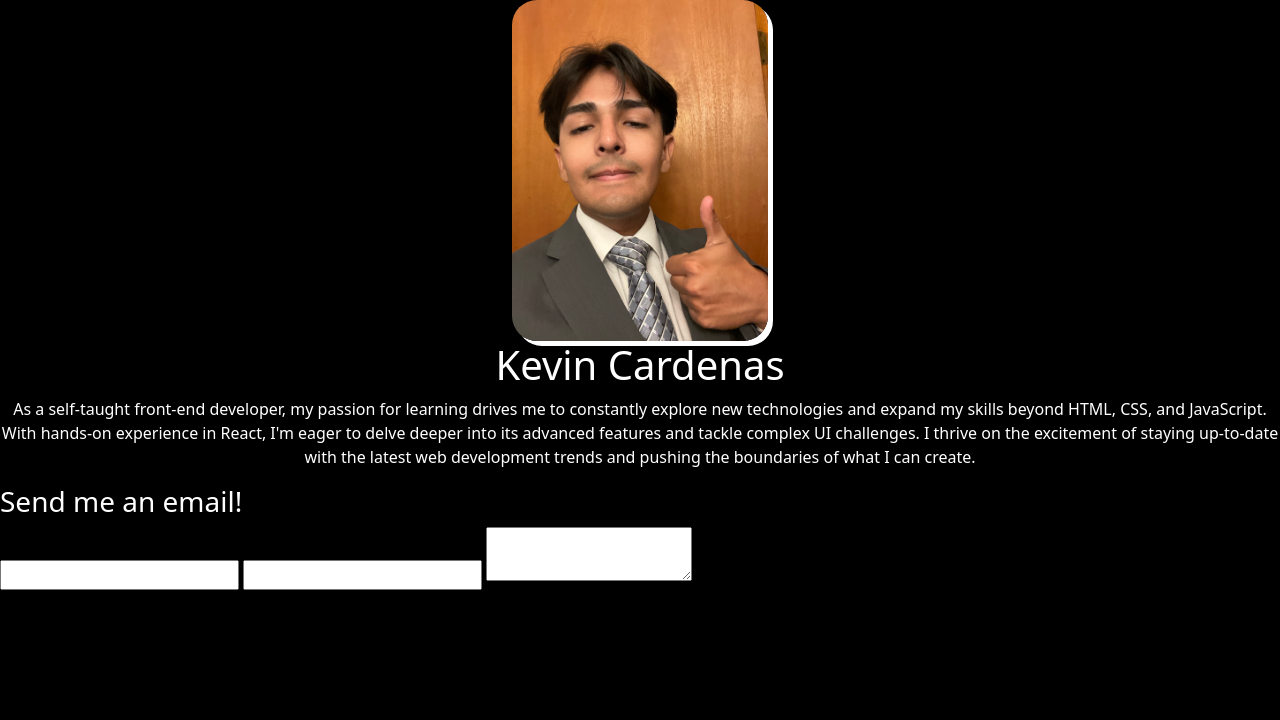
Repository: elqueben/elqueben.github.io
Page: public/index.html
An editor plug-in stored every save of this project. The page is shown before and after the next save, followed by the edit.
The browser window is 1280 px wide. The pictures show the whole page.

Above is the page before, as saved 2023-06-20 11:56:21.

After the next save:
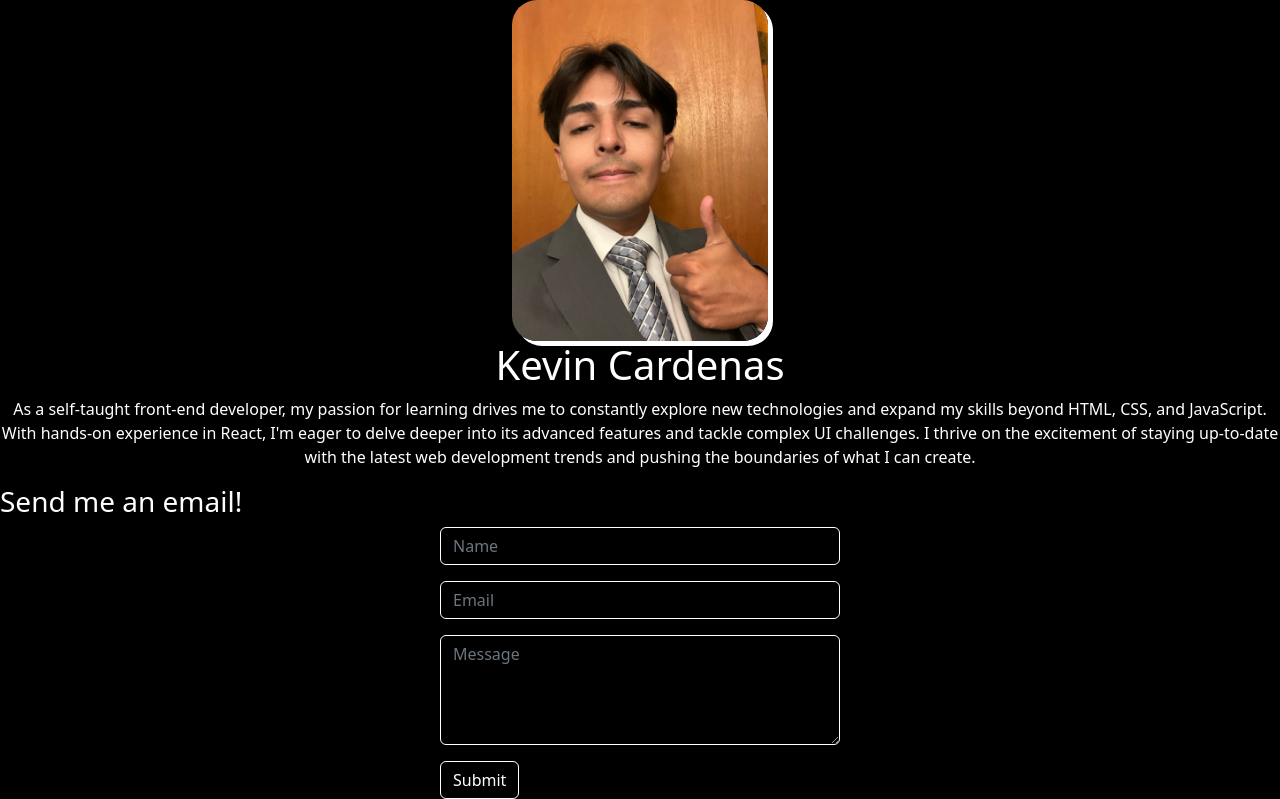
Saved 19 s later.
--- a/public/index.html
+++ b/public/index.html
@@ -16,10 +16,17 @@
   <div>
     <h3>Send me an email!</h3>
     <div>
-      <form>
-        <input type="text" name="name">
-        <input type="text" name="email">
-        <textarea></textarea>
+      <form class="my-form">
+        <div class="mb-3">
+          <input type="text" name="name" class="form-control" placeholder="Name">
+        </div>
+        <div class="mb-3">
+          <input type="email" name="email" class="form-control" placeholder="Email">
+        </div>
+        <div class="mb-3">
+          <textarea class="form-control" rows="4" placeholder="Message"></textarea>
+        </div>
+        <button type="submit" class="btn btn-primary">Submit</button>
       </form>
     </div>
   </div>
